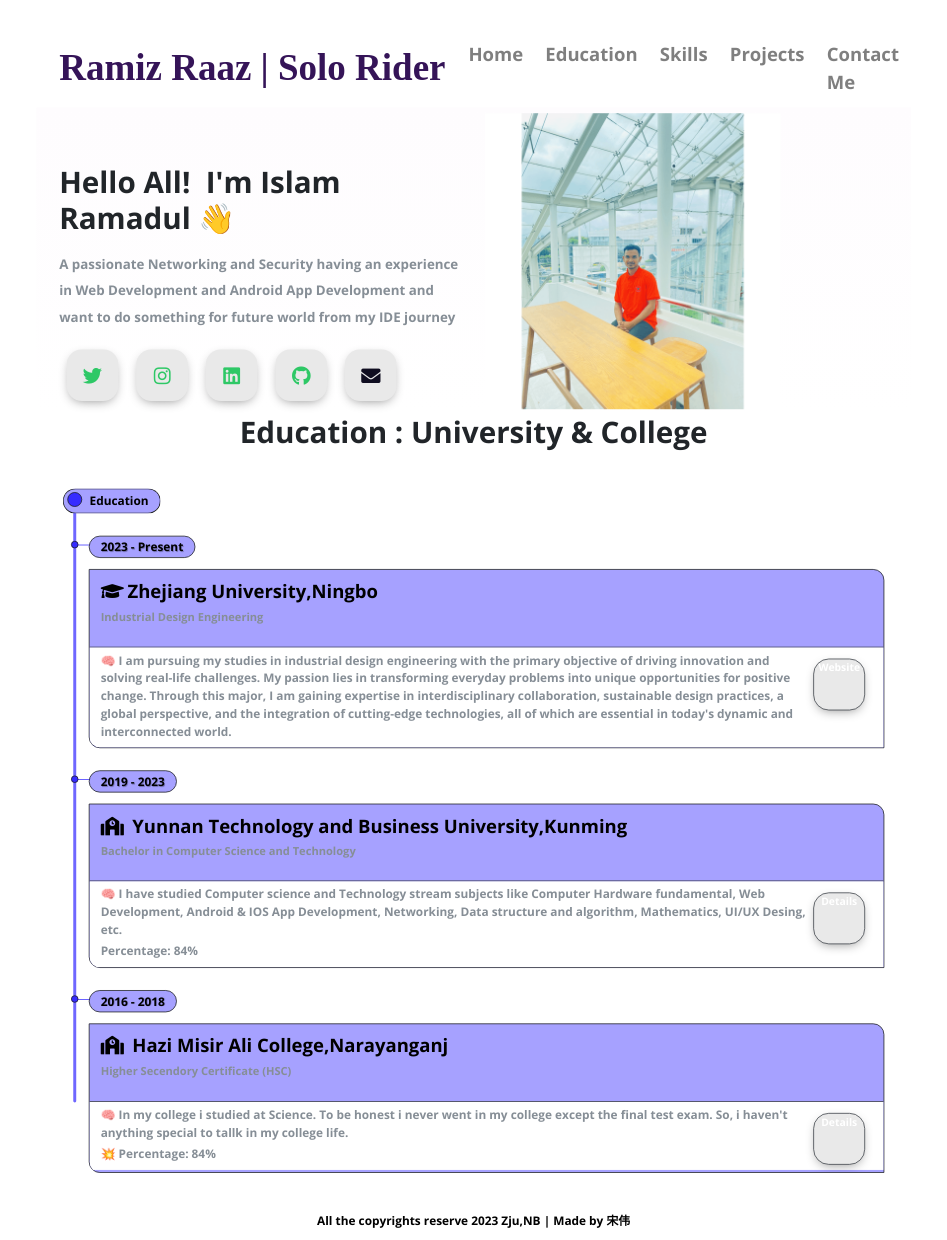
Repository: ramizraaz/ZjuProtfolio
Page: index.html
The author's editor kept a copy of each file at every save. The page is drawn from the files as they stood at one save, then again after the next save.
The browser window is 1280 px wide. The pictures show the whole page, at 74% of full size.
Some web fonts or font styles are not loaded; a fallback is used. Some web libraries are served in a nearby version.

Above is the page before, as saved 2023-10-08 17:37:07.

### index.html
<!DOCTYPE html>
<html lang="en" dir="ltr">

<head>
    <meta charset="utf-8">
    <meta name="viewport" content="width=device-width,initial-scale=1">
    <title>宋伟's Profile | Personal website</title>
    <link rel="icon" href="Image/RR.png">
    <link rel="stylesheet" href="https://stackpath.bootstrapcdn.com/bootstrap/4.5.0/css/bootstrap.min.css" integrity="sha384-9aIt2nRpC12Uk9gS9baDl411NQApFmC26EwAOH8WgZl5MYYxFfc+NcPb1dKGj7Sk" crossorigin="anonymous">
    <link rel="stylesheet" href="style.css">
    <link href="https://fonts.googleapis.com/css2?family=Arizonia&family=Montserrat:wght@400;800&display=swap" rel="stylesheet">
    <link href="https://fonts.googleapis.com/css2?family=Open+Sans:wght@700&display=swap" rel="stylesheet">
    <link rel="stylesheet" href="https://use.fontawesome.com/releases/v5.4.1/css/all.css" />
    <link rel="stylesheet" href="https://cdnjs.cloudflare.com/ajax/libs/font-awesome/5.13.1/css/all.min.css">
    <script src="https://code.jquery.com/jquery-3.5.1.slim.min.js" integrity="sha384-DfXdz2htPH0lsSSs5nCTpuj/zy4C+OGpamoFVy38MVBnE+IbbVYUew+OrCXaRkfj" crossorigin="anonymous"></script>
    <script src="https://cdn.jsdelivr.net/npm/popper.js@1.16.0/dist/umd/popper.min.js" integrity="sha384-Q6E9RHvbIyZFJoft+2mJbHaEWldlvI9IOYy5n3zV9zzTtmI3UksdQRVvoxMfooAo" crossorigin="anonymous"></script>
    <script src="https://stackpath.bootstrapcdn.com/bootstrap/4.5.0/js/bootstrap.min.js" integrity="sha384-OgVRvuATP1z7JjHLkuOU7Xw704+h835Lr+6QL9UvYjZE3Ipu6Tp75j7Bh/kR0JKI" crossorigin="anonymous"></script>
</head>

<body class="container-fluid body_section">
    <header>
        <nav class="navbar navbar-expand-lg navbar-light ">
            <a class="navbar-brand brand-name" href="#">Ramiz Raaz | Solo Rider</a>
            <button class="navbar-toggler" type="button" data-toggle="collapse" data-target="#navbarSupportedContent" aria-controls="navbarSupportedContent" aria-expanded="false" aria-label="Toggle navigation">
                  <span class="navbar-toggler-icon"></span>
                </button>
            <div class="collapse navbar-collapse" id="navbarSupportedContent">
                <ul class="navbar-nav ml-auto">
                    <li class="nav-item">
                        <a class="nav-link headerachor" href="index.html">Home</a>
                    </li>

                    <li class="nav-item">
                        <a class="nav-link headerachor" href="">Education</a>
                    </li>
                    <li class="nav-item">
                        <a class="nav-link headerachor" href="">Skills</a>
                    </li>
                    <li class="nav-item">
                        <a class="nav-link headerachor" href="">Projects</a>
                    </li>
                    <li class="nav-item">
                        <a class="nav-link headerachor" href="">Contact Me</a>
                    </li>
                </ul>
        </nav>
    </header>
    <!-- Intro Section -->
    <section id="Home">
        <div class="row column1">
            <div class="col-lg-6 col-md-6 first-image">
                <img class="boyimage" src="img/me.gif" alt="">
            </div>
            <div class="col-lg-6 section-1">
                <h1 class="Hello">Hello All!&nbsp&nbspI'm Islam Ramadul <span class="wave">👋</span></h1>
                <p>A passionate Networking and Security having an experience in Web Development and Android App Development and want to do something for future world from my IDE journey</p>
                <div class=social_media_icon>
                    <a class="btn" href="https://twitter.com/ramiz_raaz" target=_blank>
                        <i class="fab fa-twitter"></i>
                    </a>
                    <a class="btn" href="https://www.instagram.com/ramiz_raaz/" target=_blank>
                        <i class="fab fa-instagram"></i>
                    </a>
                    <a class="btn" href="https://www.linkedin.com/" target=_blank>
                        <i class="fab fa-linkedin" aria-hidden="true"></i>
                    </a>
                    <a class="btn" href="https://github.com/ramizraaz" target=_blank>
                        <i class="fab fa-github"></i>
                    </a>
                    <a class="btn" href="mailto:romiz.romeo.raaz@gmail.com/" target=_blank>
                        <i class="fa fa-envelope"></i>
                    </a>
                </div>
            </div>
    </section>
    <!-- Education Section -->
    <section>
        <div class="container">
            <div class="Heading">
                <h1>Education : University & College</h1>
                <br>
            </div>
            <div class="timeline">
                <div class="timeline-month">
                    Education
                </div>
                <div class="timeline-section">
                    <div class="timeline-date">
                        2023 - Present
                    </div>
                    <div class="row">
                        <div class="col-lg">
                            <div class="timeline-box">
                                <div class="box-title">
                                    <i class="fas fa-graduation-cap" aria-hidden="true"></i>Zhejiang University,Ningbo
                                    <p class="degree">Industrial Design Engineering</p>
                                </div>
                                <div class="box-content">
                                    <a class="btn btn-sm btn-dark float-right" role="button" href="https://www.zju.edu.cn/english/" target=_blank style="color: white;">Website</a>
                                    <div class="box-item">🧠 I am pursuing my studies in industrial design engineering with the primary objective of driving innovation and solving real-life challenges. My passion lies in transforming everyday problems into unique opportunities
                                        for positive change. Through this major, I am gaining expertise in interdisciplinary collaboration, sustainable design practices, a global perspective, and the integration of cutting-edge technologies, all of which
                                        are essential in today's dynamic and interconnected world.</div>
                                </div>
                            </div>
                        </div>
                    </div>
                </div>

                <div class="timeline-section">
                    <div class="timeline-date">
                        2019 - 2023
                    </div>
                    <div class="row">
                        <div class="col-lg">
                            <div class="timeline-box">
                                <div class="box-title">
                                    <i class="fas fa-school" aria-hidden="true"></i> Yunnan Technology and Business University,Kunming
                                    <p class="degree">Bachelor in Computer Science and Technology</p>
                                </div>
                                <div class="box-content">
                                    <a class="btn btn-sm btn-dark float-right" role="button" style="color: white;">Details</a>
                                    <div class="box-item">🧠 I have studied Computer science and Technology stream subjects like Computer Hardware fundamental, Web Development, Android & IOS App Development, Networking, Data structure and algorithm, Mathematics, UI/UX Desing,
                                        etc.
                                    </div>
                                    <div class="box-item"><b>Percentage</b>: 84%</div>

                                </div>
                            </div>
                        </div>
                    </div>
                </div>

                <div class="timeline-section">
                    <div class="timeline-date">
                        2016 - 2018
                    </div>
                    <div class="row">
                        <div class="col-lg">
                            <div class="timeline-box">
                                <div class="box-title">
                                    <i class="fas fa-school" aria-hidden="true"></i> Hazi Misir Ali College,Narayanganj
                                    <p class="degree"> Higher Secendory Certificate (HSC)</p>
                                </div>
                                <div class="box-content">
                                    <a class="btn btn-sm btn-dark float-right" role="button" style="color: white;">Details</a>
                                    <div class="box-item">🧠 In my college i studied at Science. To be honest i never went in my college except the final test exam. So, i haven't anything special to tallk in my college life.</div>
                                    <div class="box-item"><b>💥 Percentage</b>: 84%</div>

                                </div>
                            </div>
                        </div>
                    </div>
                </div>
            </div>
        </div>
    </section>

    </form>
    <footer class=footer>All the copyrights reserve 2023 Zju,NB | Made by 宋伟</footer>
</body>

</html>

### style.css
body {
    font-family: 'Open Sans', sans-serif;
    margin: 0;
}

.body_section {
    padding: 3% 5% 1%;
}

p {
    font-size: 18px;
}

a {
    text-decoration: none;
}

@font-face {
    font-family: "Lovely Home";
    src: local('Lovely Home'), url("Image/LovelyHome-9aBZ.ttf") format('truetype');
}

.brand-name,
.navbar-light .navbar-brand {
    font-family: "Lovely Home";
    font-size: 50px;
    font-weight: bold;
    color: #075786;
}

.headerachor {
    color: black;
    margin: 0 7px 0 7px;
    border-radius: 20px;
    font-size: 25px;
}

.headerachor:hover {
    background-color: #8c8a8a;
}


/* Section 1 */

.column1 {
    background-image: linear-gradient(#fefcfe, #ffffff);
    padding: 8px 16px;
}

.section-1 {
    margin-top: 6%;
    text-align: left;
    position: relative;
}

span.wave {
    animation-name: wave-animation;
    animation-duration: 2.5s;
    animation-iteration-count: infinite;
    transform-origin: 70% 70%;
    display: inline-block;
}

@keyframes wave-animation {
    0% {
        transform: rotate( 0.0deg)
    }
    10% {
        transform: rotate(-10.0deg)
    }
    20% {
        transform: rotate( 12.0deg)
    }
    30% {
        transform: rotate(-10.0deg)
    }
    40% {
        transform: rotate( 9.0deg)
    }
    50% {
        transform: rotate( 0.0deg)
    }
    100% {
        transform: rotate( 0.0deg)
    }
}

.first-image {
    position: absolute;
    right: 0;
}

.boyimage {
    height: 400px;
}

@media only screen and (max-width: 1183px) {
    .first-image {
        right: 160px;
    }
}

.boy {
    width: 100%;
    height: 100%;
    animation: bounce 1.2s;
    animation-direction: alternate;
    animation-iteration-count: infinite;
}

@keyframes bounce {
    from {
        transform: translate3d(0, 0, 0);
    }
    to {
        transform: translate3d(0, 20px, 0);
    }
}

.Image-boy {
    text-align: center;
    align-items: center;
}

@media only screen and (min-width:951px) {
    .Image-boy {
        display: none;
    }
}

.Hello {
    margin-bottom: 20px;
}

p {
    line-height: 2;
    color: #868e96;
}

.btn {
    display: inline-block;
    width: 4.37rem;
    height: 4.37rem;
    background: #e9e9e9;
    padding: 0px 0px;
    margin: 10px;
    border-radius: 30%;
    box-shadow: 0 5px 15px -5px #00000070;
    color: #0f0d20;
    overflow: hidden;
    position: relative;
}

.btn i {
    line-height: 70px;
    font-size: 1.625rem;
    transition: 0.2s linear;
}

.btn:hover i {
    transform: scale(1.3);
    color: #f1f1f1;
}

.btn::before {
    content: "";
    position: absolute;
    width: 120%;
    height: 120%;
    background: #46088d;
    transform: rotate(45deg);
    left: -110%;
    top: 90%;
}

.btn:hover::before {
    animation: aaa 0.7s 1;
    top: -10%;
    left: -10%;
}

@media only screen and (max-width:470px) {
    .btn {
        width: 2.5rem;
        height: 2.5rem;
        margin: 7px;
    }
    .btn i {
        line-height: 40px;
        font-size: 1em;
    }
}


/* Education CSS */

body {
    font-family: 'Open Sans', sans-serif;
    font-weight: 700;
    margin: 0;
}

.body_section {
    padding: 3% 5% 1%;
}

a {
    text-decoration: none;
}

@font-face {
    font-family: "Lovely Home";
    src: local('Lovely Home'), url("Image/LovelyHome-9aBZ.ttf") format('truetype');
}

.brand-name,
.navbar-light .navbar-brand {
    /* font-family: "Brush Script MT"; */
    /* margin-bottom: 3px; */
    font-family: "Lovely Home";
    font-size: 50px;
    font-weight: bold;
    color: #351458;
}

@media only screen and (max-width: 764px) {
    .brand-name,
    .navbar-light .navbar-brand {
        font-family: "Lovely Home";
        font-size: 40px;
        font-weight: bold;
        color: #351458;
    }
}

.headerachor {
    color: black;
    margin: 0 7px 0 7px;
    font-size: 25px;
}

.headerachor:hover {
    background-color: #f1f1f1;
}

#Section1 {
    padding: 7% 0 3%;
}

.Programming {
    width: 100%;
    height: 100%;
}

.Coding {
    padding-top: 3%;
    text-align: center;
}

.competitive_icon li {
    margin: 0 2% 0;
    list-style: none;
    display: inline;
}

.fab {
    color: #2ec866;
}

.fab:hover {
    color: black;
}

.iconify {
    color: gray;
    margin-bottom: 40px;
}

.iconify:hover {
    color: black;
}

.Heading {
    text-align: center;
}

.timeline {
    margin-top: 20px;
    position: relative;
}

.timeline:before {
    position: absolute;
    content: '';
    width: 4px;
    height: calc(100% - 100px);
    background: #6F67FF;
    left: 14px;
    top: 5px;
    border-radius: 4px;
}

.timeline-month {
    color: black;
    position: relative;
    padding: 4px 15px 4px 35px;
    background-color: #a6a1ff;
    display: inline-block;
    width: auto;
    border-radius: 40px;
    border: 1px solid #17191B;
    border-right-color: black;
    margin-bottom: 30px;
}

.timeline-month span {
    position: absolute;
    top: -1px;
    left: calc(100% - 100px);
    z-index: -1;
    white-space: nowrap;
    display: inline-block;
    background-color: #111;
    padding: 4px 10px 4px 20px;
    border-top-right-radius: 40px;
    border-bottom-right-radius: 40px;
    border: 1px solid black;
    box-sizing: border-box;
}

.timeline-month:before {
    position: absolute;
    content: '';
    width: 20px;
    height: 20px;
    background: #362CFF;
    border-radius: 100%;
    border: 1px solid #17191B;
    left: 5px;
}

.timeline-section {
    padding-left: 35px;
    display: block;
    position: relative;
    margin-bottom: 30px;
}

.timeline-date {
    margin-bottom: 15px;
    padding: 2px 15px;
    background: #a6a1ff;
    position: relative;
    display: inline-block;
    border-radius: 20px;
    border: 1px solid #17191B;
    color: black;
    text-shadow: 1px 1px 1px rgba(0, 0, 0, 0.3);
}

.timeline-section:before {
    content: '';
    position: absolute;
    width: 30px;
    height: 1px;
    background-color: #362CFF;
    top: 12px;
    left: 20px;
}

.timeline-section:after {
    content: '';
    position: absolute;
    width: 10px;
    height: 10px;
    background: #362CFF;
    top: 7px;
    left: 11px;
    border: 1px solid #17191B;
    border-radius: 100%;
}

.timeline-box {
    position: relative;
    color: black;
    background-color: #a6a1ff;
    border-radius: 15px;
    border-top-left-radius: 0px;
    border-bottom-right-radius: 0px;
    border: 1px solid #17191B;
    transition: all 0.3s ease;
    overflow: hidden;
}

.box-icon {
    position: absolute;
    right: 5px;
    top: 0px;
}

.box-title {
    padding: 10px 15px;
    font-size: 25px;
    border-bottom: 1px solid #17191B;
}

.degree {
    font-size: 15px;
}

.box-title i {
    margin-right: 5px;
}

.box-content {
    padding: 5px 15px;
    background-color: white;
}

.box-item {
    margin-bottom: 5px;
    color: #868e96;
    font-weight: 400;
}

.certificate {
    padding-top: 20px;
}

.certificate-text {
    text-align: center;
}

.box-shadow {
    box-shadow: 5px 5px 5px #d9dbdf;
}

.jc {
    background-color: white;
    border: 2px solid black;
    color: rgb(12, 12, 12);
    padding: 10px 49px;
    text-align: center;
    display: inline-block;
    font-size: 13px;
    margin: 5px 90%;
    cursor: pointer;
    width: fit-content;
}

footer {
    padding-top: 2%;
    color: #000000;
    text-align: center;
}

After the next save:
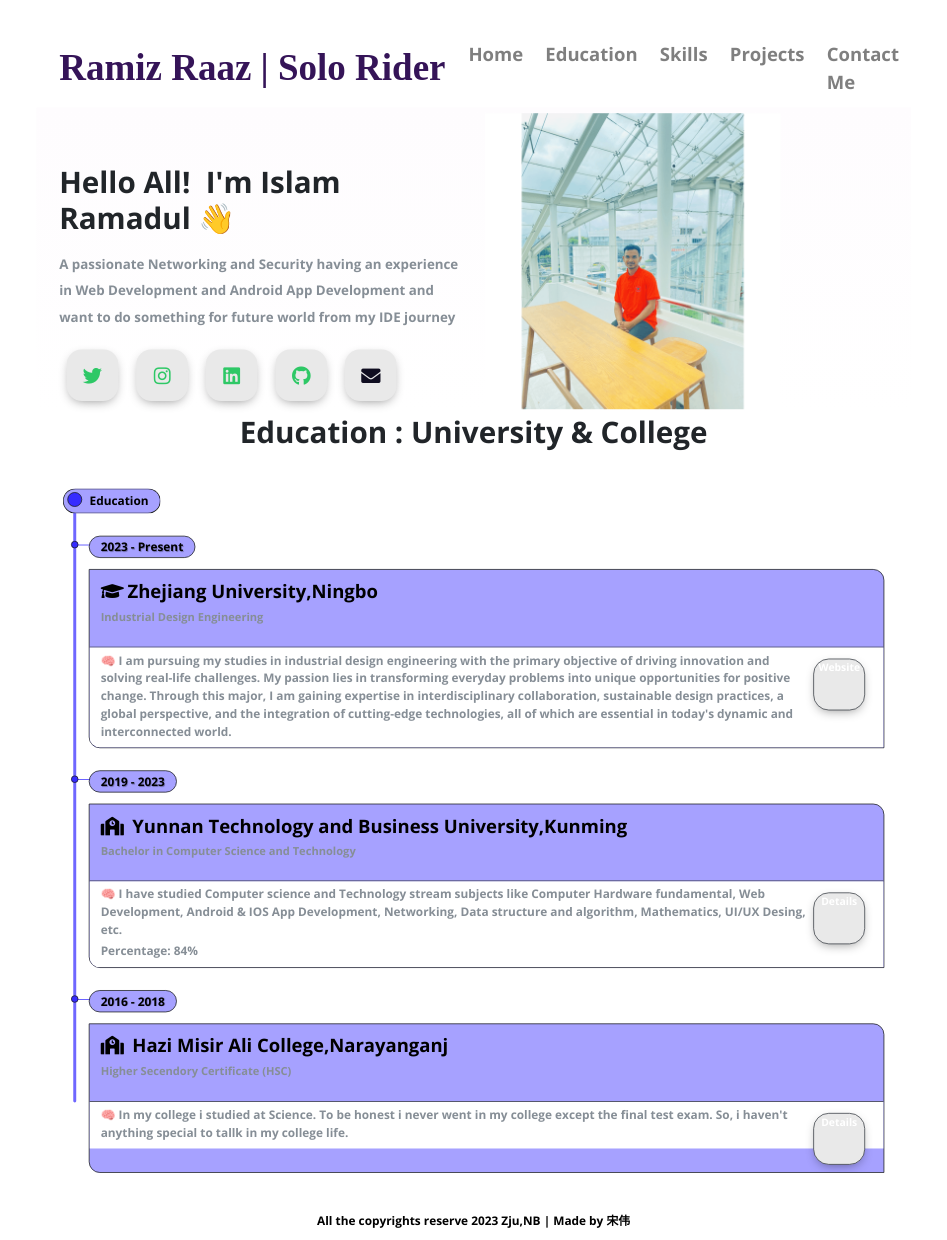
Saved 6 s later.
--- a/index.html
+++ b/index.html
@@ -144,7 +144,7 @@
                                 <div class="box-content">
                                     <a class="btn btn-sm btn-dark float-right" role="button" style="color: white;">Details</a>
                                     <div class="box-item">🧠 In my college i studied at Science. To be honest i never went in my college except the final test exam. So, i haven't anything special to tallk in my college life.</div>
-                                    <div class="box-item"><b>💥 Percentage</b>: 84%</div>
+                                    <div class="box-item"><b>
 
                                 </div>
                             </div>
